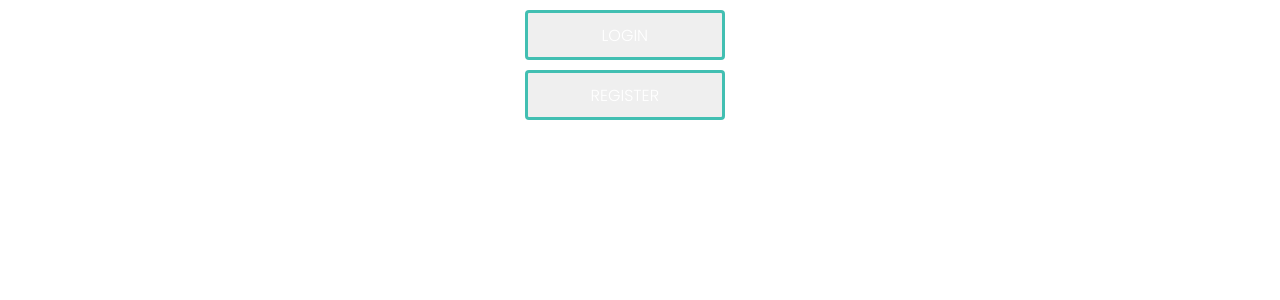
Repository: vu9ar/vu9ar.github.io
Page: WelcomePage/welcome.html
The author's editor kept a copy of each file at every save. The page is drawn from the files as they stood at one save, then again after the next save.
The browser window is 1280 px wide. The pictures show the whole page.

Above is the page before, as saved 2022-03-27 19:18:50.

After the next save:
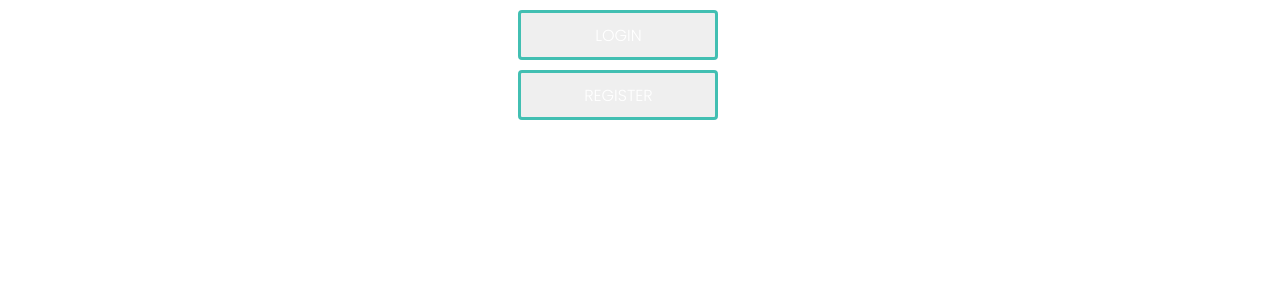
Saved 7 s later.
--- a/WelcomePage/style.css
+++ b/WelcomePage/style.css
@@ -50,7 +50,7 @@
 .button {
     width: 200px;
     height: 50px;
-    left: 41%;
+    left: 40.5%;
     margin-top: 10px;
     bottom: 50%;
     border: none;
